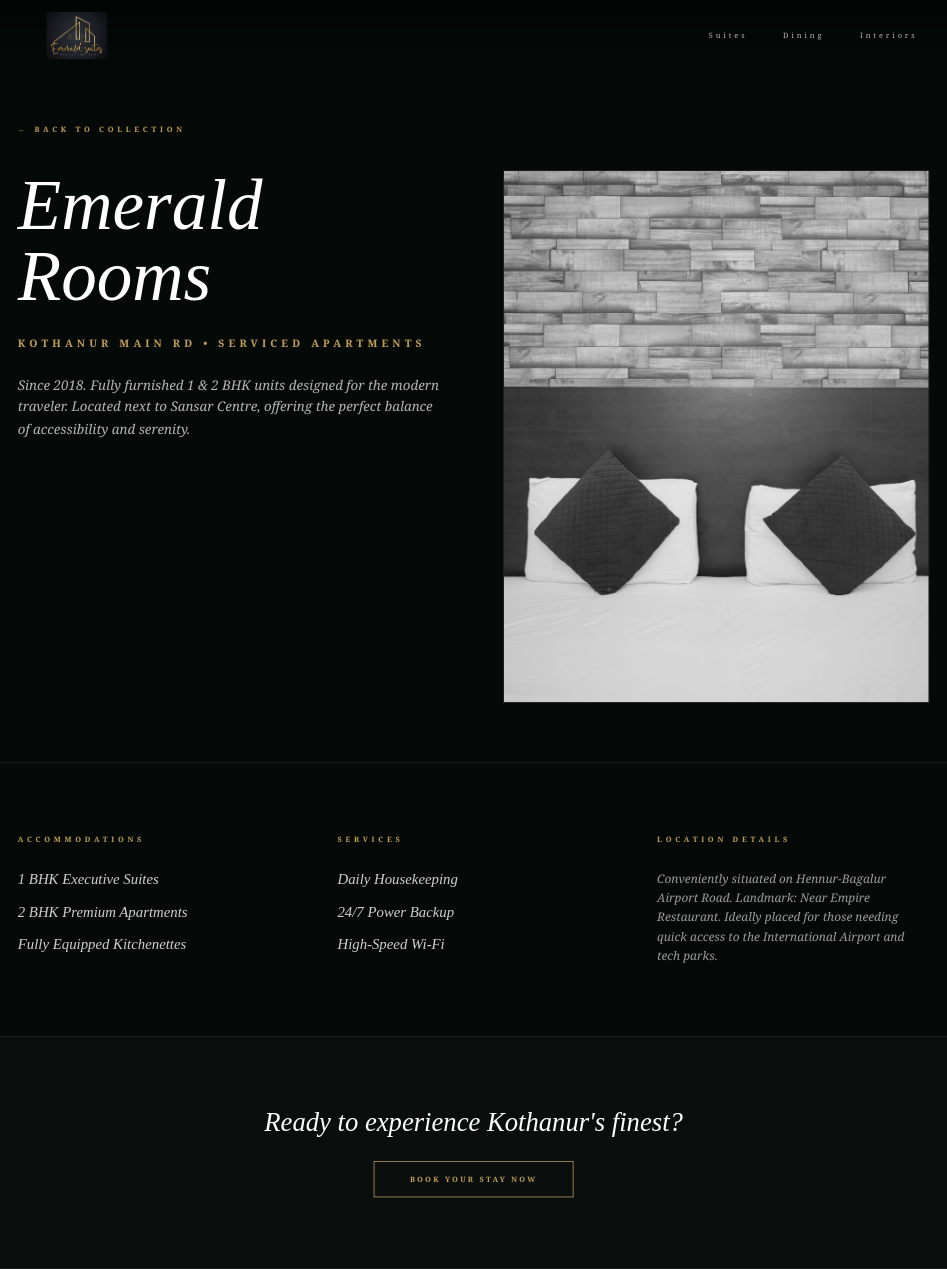
Repository: Jaden2909/emerald
Page: /rooms
An editor plug-in stored every save of this project. The page is shown before and after the next save, followed by the edit.
The browser window is 1280 px wide. The pictures show the whole page, at 74% of full size.
The project was rebuilt for these pictures with package versions that can differ from the ones it lists, and the page was loaded fresh each time. The framework's server and built-in components were replaced by stand-ins that run in the browser. Also part of the build but not shown: next.config.ts.

Above is the page before, as saved 2026-02-19 23:06:24.

After the next save:
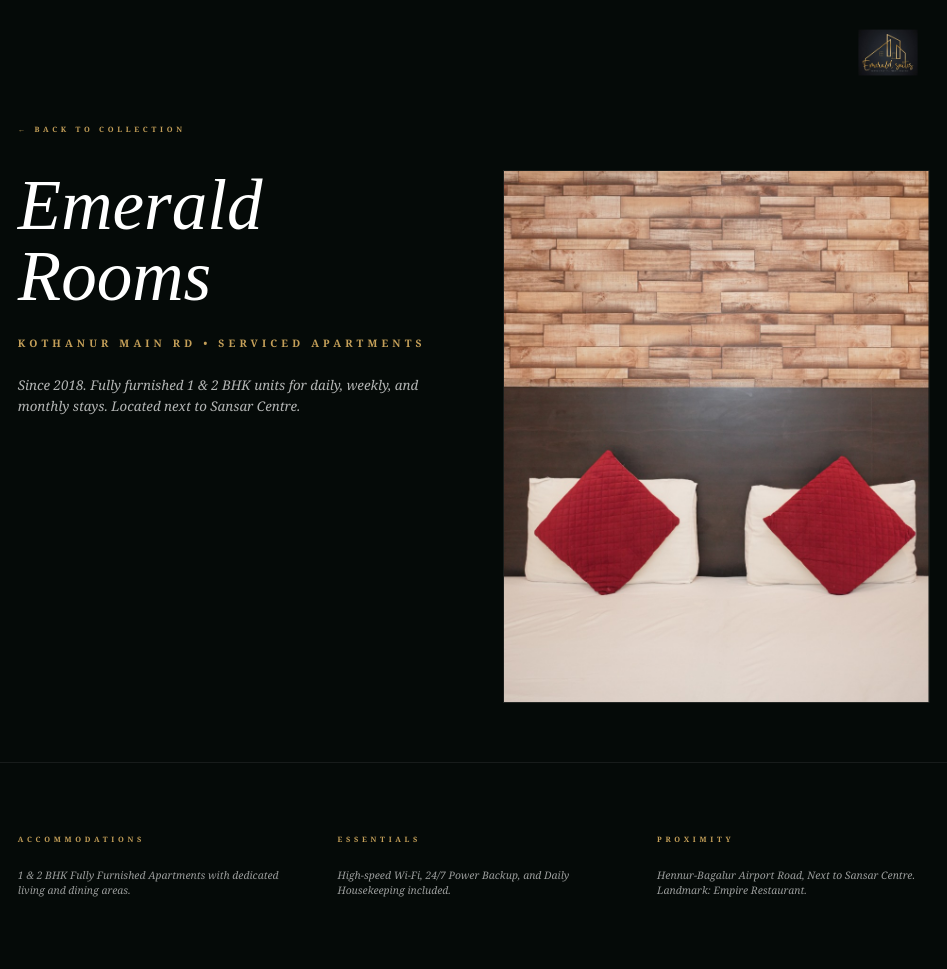
Saved 86 s later.
--- a/app/rooms/page.tsx
+++ b/app/rooms/page.tsx
@@ -1,81 +1,51 @@
 "use client";
-import Navbar from '@/components/Navbar';
 import { motion } from "framer-motion";
 import Link from "next/link";
 
 export default function RoomsPage() {
   return (
-    <main className="bg-[#050a08] min-h-screen text-white">
-      <Navbar />
+    <main className="bg-[#050a08] min-h-screen text-white relative">
+      <div className="absolute top-10 right-10 z-50">
+        <Link href="/">
+          <img src="/logo.png" alt="Emerald Logo" className="w-20 h-auto hover:opacity-80 transition-opacity" />
+        </Link>
+      </div>
 
-      {/* HERO SECTION */}
       <section className="pt-40 pb-20 px-6">
         <div className="max-w-7xl mx-auto">
-      <Link href="/#properties" className="text-[#c5a059] text-[10px] tracking-[0.5em] uppercase mb-12 inline-block hover:opacity-50 transition-all font-bold">
-  ← Back to Collection
-</Link>
-
+          <Link href="/#properties" className="text-[#c5a059] text-[10px] tracking-[0.5em] uppercase mb-12 inline-block hover:opacity-50 transition-all font-bold">
+            ← Back to Collection
+          </Link>
           <div className="grid md:grid-cols-2 gap-20 items-start">
-            <motion.div
-              initial={{ opacity: 0, x: -30 }}
-              animate={{ opacity: 1, x: 0 }}
-              transition={{ duration: 0.8 }}
-            >
+            <motion.div initial={{ opacity: 0, x: -30 }} animate={{ opacity: 1, x: 0 }} transition={{ duration: 0.8 }}>
               <h1 className="text-6xl md:text-8xl font-serif italic mb-8">Emerald Rooms</h1>
               <p className="text-[#c5a059] text-sm tracking-[0.4em] uppercase mb-8 font-bold">Kothanur Main Rd • Serviced Apartments</p>
               <p className="text-white/70 text-lg leading-relaxed font-light italic mb-8">
-                Since 2018. Fully furnished 1 & 2 BHK units designed for the modern traveler.
-                Located next to Sansar Centre, offering the perfect balance of accessibility and serenity.
+                Since 2018. Fully furnished 1 & 2 BHK units for daily, weekly, and monthly stays. Located next to Sansar Centre.
               </p>
             </motion.div>
-
-            <motion.div
-              initial={{ opacity: 0, scale: 0.95 }}
-              animate={{ opacity: 1, scale: 1 }}
-              transition={{ duration: 0.8 }}
-              className="aspect-[4/5] border border-white/10 overflow-hidden"
-            >
-              <img src="/prop-suites.jpg" className="w-full h-full object-cover grayscale hover:grayscale-0 transition-all duration-1000" alt="Emerald Rooms" />
+            <motion.div initial={{ opacity: 0, scale: 0.95 }} animate={{ opacity: 1, scale: 1 }} transition={{ duration: 0.8 }} className="aspect-[4/5] border border-white/10 overflow-hidden">
+              <img src="/prop-suites.jpg" className="w-full h-full object-cover" alt="Emerald Rooms" />
             </motion.div>
           </div>
         </div>
       </section>
 
-      {/* DETAILED AMENITIES SECTION */}
       <section className="py-24 border-t border-white/10 px-6">
-        <div className="max-w-7xl mx-auto grid md:grid-cols-3 gap-16">
+        <div className="max-w-7xl mx-auto grid md:grid-cols-3 gap-16 text-sm font-light italic text-white/60">
           <div>
-            <h3 className="text-[#c5a059] text-[10px] tracking-[0.5em] uppercase mb-8 font-bold">Accommodations</h3>
-            <ul className="space-y-4 text-white/80 font-serif italic text-xl">
-              <li>1 BHK Executive Suites</li>
-              <li>2 BHK Premium Apartments</li>
-              <li>Fully Equipped Kitchenettes</li>
-            </ul>
+            <h3 className="text-[#c5a059] text-[10px] tracking-[0.5em] uppercase mb-8 font-bold not-italic">Accommodations</h3>
+            <p>1 & 2 BHK Fully Furnished Apartments with dedicated living and dining areas.</p>
           </div>
           <div>
-            <h3 className="text-[#c5a059] text-[10px] tracking-[0.5em] uppercase mb-8 font-bold">Services</h3>
-            <ul className="space-y-4 text-white/80 font-serif italic text-xl">
-              <li>Daily Housekeeping</li>
-              <li>24/7 Power Backup</li>
-              <li>High-Speed Wi-Fi</li>
-            </ul>
+            <h3 className="text-[#c5a059] text-[10px] tracking-[0.5em] uppercase mb-8 font-bold not-italic">Essentials</h3>
+            <p>High-speed Wi-Fi, 24/7 Power Backup, and Daily Housekeeping included.</p>
           </div>
           <div>
-            <h3 className="text-[#c5a059] text-[10px] tracking-[0.5em] uppercase mb-8 font-bold">Location Details</h3>
-            <p className="text-white/60 leading-relaxed font-light italic">
-              Conveniently situated on Hennur-Bagalur Airport Road. Landmark: Near Empire Restaurant.
-              Ideally placed for those needing quick access to the International Airport and tech parks.
-            </p>
+            <h3 className="text-[#c5a059] text-[10px] tracking-[0.5em] uppercase mb-8 font-bold not-italic">Proximity</h3>
+            <p>Hennur-Bagalur Airport Road, Next to Sansar Centre. Landmark: Empire Restaurant.</p>
           </div>
         </div>
-      </section>
-
-      {/* CALL TO ACTION */}
-      <section className="py-24 bg-white/[0.02] border-y border-white/10 px-6 text-center">
-        <h2 className="text-4xl font-serif italic mb-8 text-white">Ready to experience Kothanur's finest?</h2>
-        <a href="tel:+917829591338" className="inline-block border border-[#c5a059] text-[#c5a059] px-12 py-4 uppercase tracking-[0.3em] text-[10px] font-bold hover:bg-[#c5a059] hover:text-black transition-all">
-          Book Your Stay Now
-        </a>
       </section>
     </main>
   );

After the save that followed:
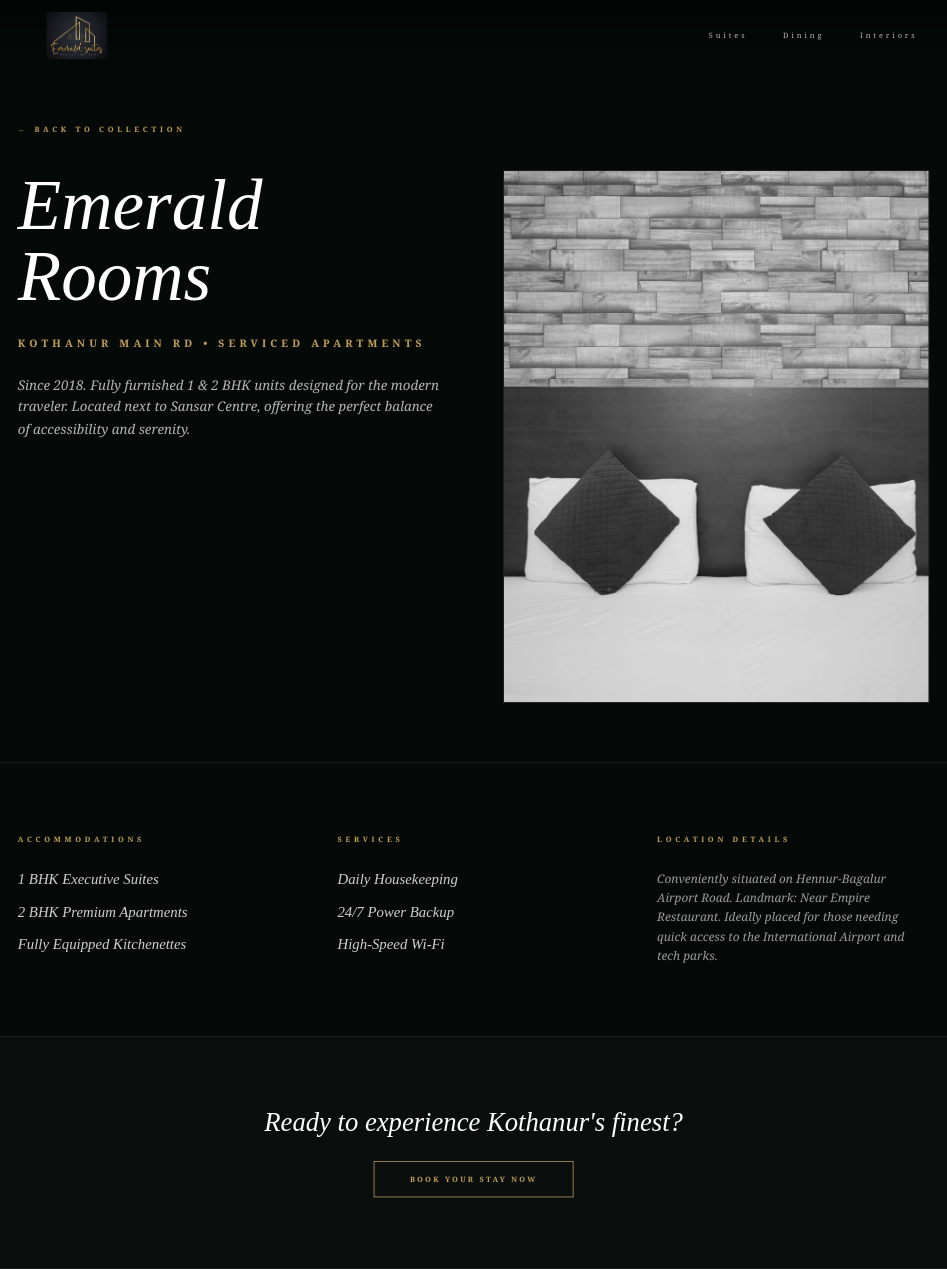
Saved 5 s later.
--- a/app/rooms/page.tsx
+++ b/app/rooms/page.tsx
@@ -1,51 +1,81 @@
 "use client";
+import Navbar from '@/components/Navbar';
 import { motion } from "framer-motion";
 import Link from "next/link";
 
 export default function RoomsPage() {
   return (
-    <main className="bg-[#050a08] min-h-screen text-white relative">
-      <div className="absolute top-10 right-10 z-50">
-        <Link href="/">
-          <img src="/logo.png" alt="Emerald Logo" className="w-20 h-auto hover:opacity-80 transition-opacity" />
-        </Link>
-      </div>
+    <main className="bg-[#050a08] min-h-screen text-white">
+      <Navbar />
 
+      {/* HERO SECTION */}
       <section className="pt-40 pb-20 px-6">
         <div className="max-w-7xl mx-auto">
-          <Link href="/#properties" className="text-[#c5a059] text-[10px] tracking-[0.5em] uppercase mb-12 inline-block hover:opacity-50 transition-all font-bold">
-            ← Back to Collection
-          </Link>
+      <Link href="/#properties" className="text-[#c5a059] text-[10px] tracking-[0.5em] uppercase mb-12 inline-block hover:opacity-50 transition-all font-bold">
+  ← Back to Collection
+</Link>
+
           <div className="grid md:grid-cols-2 gap-20 items-start">
-            <motion.div initial={{ opacity: 0, x: -30 }} animate={{ opacity: 1, x: 0 }} transition={{ duration: 0.8 }}>
+            <motion.div
+              initial={{ opacity: 0, x: -30 }}
+              animate={{ opacity: 1, x: 0 }}
+              transition={{ duration: 0.8 }}
+            >
               <h1 className="text-6xl md:text-8xl font-serif italic mb-8">Emerald Rooms</h1>
               <p className="text-[#c5a059] text-sm tracking-[0.4em] uppercase mb-8 font-bold">Kothanur Main Rd • Serviced Apartments</p>
               <p className="text-white/70 text-lg leading-relaxed font-light italic mb-8">
-                Since 2018. Fully furnished 1 & 2 BHK units for daily, weekly, and monthly stays. Located next to Sansar Centre.
+                Since 2018. Fully furnished 1 & 2 BHK units designed for the modern traveler.
+                Located next to Sansar Centre, offering the perfect balance of accessibility and serenity.
               </p>
             </motion.div>
-            <motion.div initial={{ opacity: 0, scale: 0.95 }} animate={{ opacity: 1, scale: 1 }} transition={{ duration: 0.8 }} className="aspect-[4/5] border border-white/10 overflow-hidden">
-              <img src="/prop-suites.jpg" className="w-full h-full object-cover" alt="Emerald Rooms" />
+
+            <motion.div
+              initial={{ opacity: 0, scale: 0.95 }}
+              animate={{ opacity: 1, scale: 1 }}
+              transition={{ duration: 0.8 }}
+              className="aspect-[4/5] border border-white/10 overflow-hidden"
+            >
+              <img src="/prop-suites.jpg" className="w-full h-full object-cover grayscale hover:grayscale-0 transition-all duration-1000" alt="Emerald Rooms" />
             </motion.div>
           </div>
         </div>
       </section>
 
+      {/* DETAILED AMENITIES SECTION */}
       <section className="py-24 border-t border-white/10 px-6">
-        <div className="max-w-7xl mx-auto grid md:grid-cols-3 gap-16 text-sm font-light italic text-white/60">
+        <div className="max-w-7xl mx-auto grid md:grid-cols-3 gap-16">
           <div>
-            <h3 className="text-[#c5a059] text-[10px] tracking-[0.5em] uppercase mb-8 font-bold not-italic">Accommodations</h3>
-            <p>1 & 2 BHK Fully Furnished Apartments with dedicated living and dining areas.</p>
+            <h3 className="text-[#c5a059] text-[10px] tracking-[0.5em] uppercase mb-8 font-bold">Accommodations</h3>
+            <ul className="space-y-4 text-white/80 font-serif italic text-xl">
+              <li>1 BHK Executive Suites</li>
+              <li>2 BHK Premium Apartments</li>
+              <li>Fully Equipped Kitchenettes</li>
+            </ul>
           </div>
           <div>
-            <h3 className="text-[#c5a059] text-[10px] tracking-[0.5em] uppercase mb-8 font-bold not-italic">Essentials</h3>
-            <p>High-speed Wi-Fi, 24/7 Power Backup, and Daily Housekeeping included.</p>
+            <h3 className="text-[#c5a059] text-[10px] tracking-[0.5em] uppercase mb-8 font-bold">Services</h3>
+            <ul className="space-y-4 text-white/80 font-serif italic text-xl">
+              <li>Daily Housekeeping</li>
+              <li>24/7 Power Backup</li>
+              <li>High-Speed Wi-Fi</li>
+            </ul>
           </div>
           <div>
-            <h3 className="text-[#c5a059] text-[10px] tracking-[0.5em] uppercase mb-8 font-bold not-italic">Proximity</h3>
-            <p>Hennur-Bagalur Airport Road, Next to Sansar Centre. Landmark: Empire Restaurant.</p>
+            <h3 className="text-[#c5a059] text-[10px] tracking-[0.5em] uppercase mb-8 font-bold">Location Details</h3>
+            <p className="text-white/60 leading-relaxed font-light italic">
+              Conveniently situated on Hennur-Bagalur Airport Road. Landmark: Near Empire Restaurant.
+              Ideally placed for those needing quick access to the International Airport and tech parks.
+            </p>
           </div>
         </div>
+      </section>
+
+      {/* CALL TO ACTION */}
+      <section className="py-24 bg-white/[0.02] border-y border-white/10 px-6 text-center">
+        <h2 className="text-4xl font-serif italic mb-8 text-white">Ready to experience Kothanur's finest?</h2>
+        <a href="tel:+917829591338" className="inline-block border border-[#c5a059] text-[#c5a059] px-12 py-4 uppercase tracking-[0.3em] text-[10px] font-bold hover:bg-[#c5a059] hover:text-black transition-all">
+          Book Your Stay Now
+        </a>
       </section>
     </main>
   );
